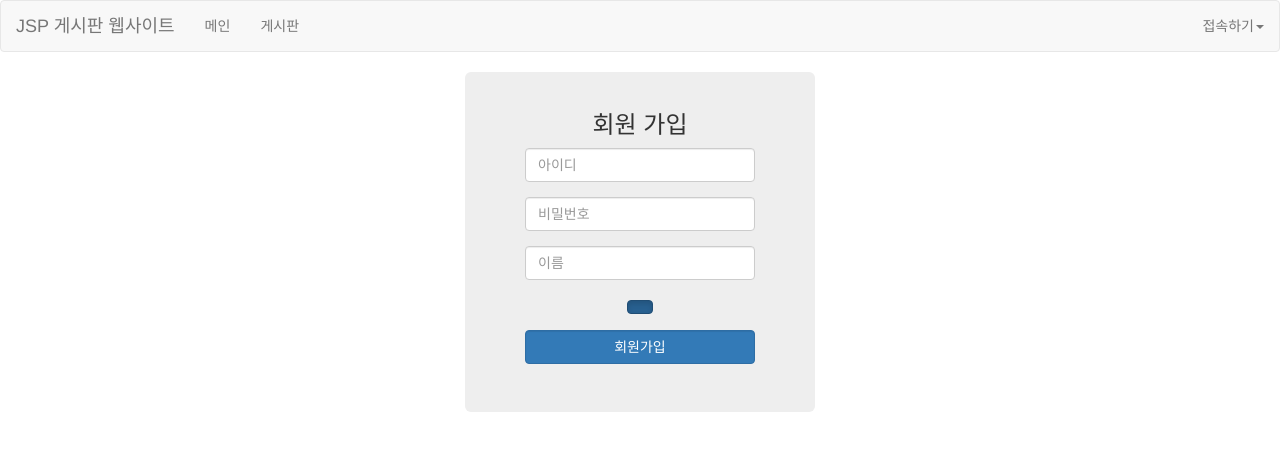
Repository: dofd6220/JSP-
Page: http://localhost/BBS/join.jsp
The author's editor kept a copy of each file at every save. The page is drawn from the files as they stood at one save, then again after the next save.
The browser window is 1280 px wide. The pictures show the whole page.
Some web libraries are served in a nearby version. The page is served by Tomcat 9.

Above is the page before, as saved 2023-11-18 13:27:15.

After the next save:
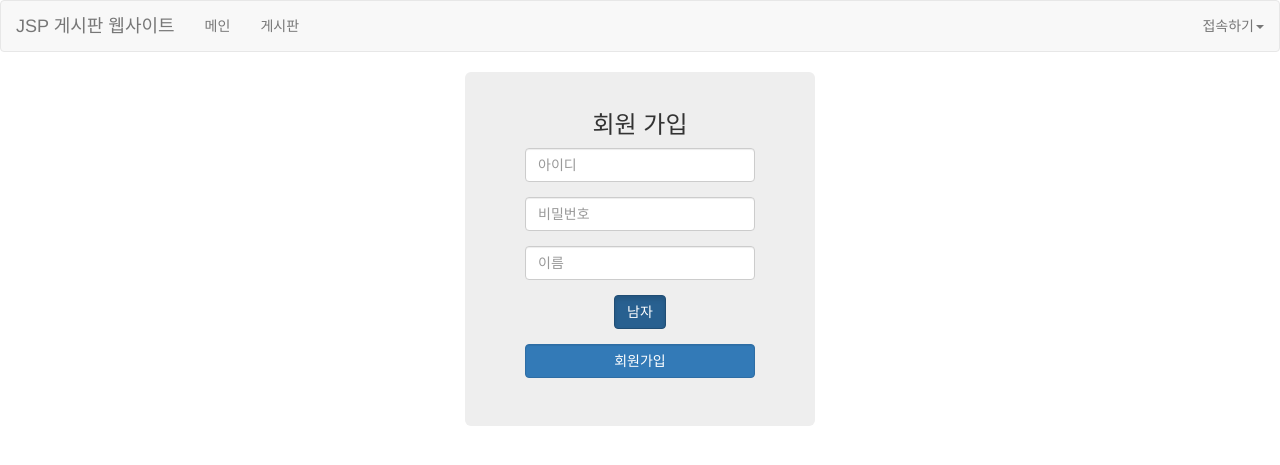
Saved 18 s later.
--- a/BBS/src/main/webapp/join.jsp
+++ b/BBS/src/main/webapp/join.jsp
@@ -58,7 +58,7 @@
 						<div class="form-group" style="text-align: center;">
 							<div class ="btn-group" data-toggle="buttons">
 								<label class="btn btn-primary active">
-									<input type="radio" name="userGender" autocomplete="off" value="남자" checked>
+									<input type="radio" name="userGender" autocomplete="off" value="남자" checked>남자
 								</label>
 							</div>
 						</div>
